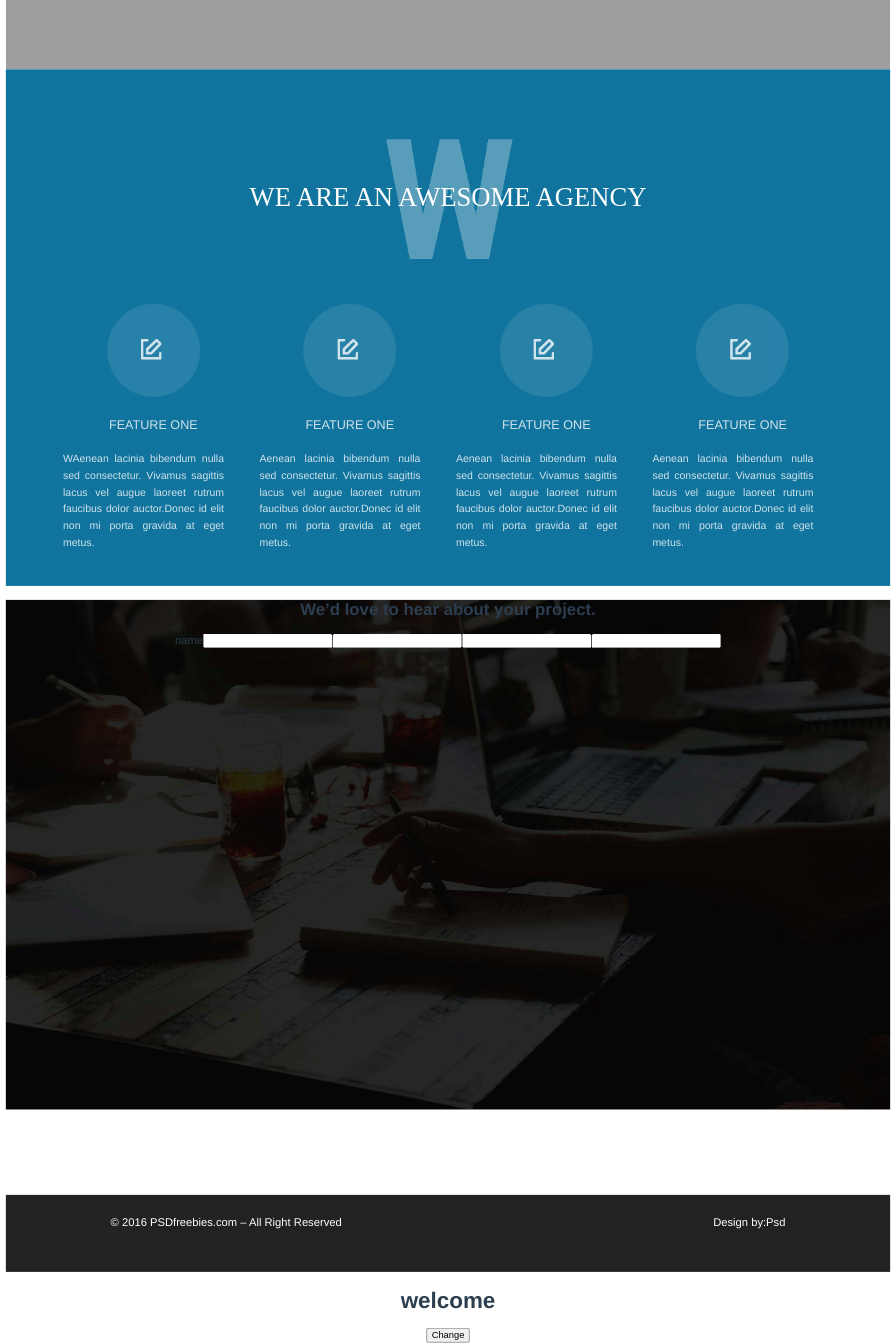
Repository: joker506/Creatives
Page: /
The author's editor kept a copy of each file at every save. The page is drawn from the files as they stood at one save, then again after the next save.
The browser window is 1280 px wide. The pictures show the part of the page from y = 740 to 2660 px (the page is 2716 px tall), at 70% of full size.
Pictures or frames that could not be fetched are drawn as grey boxes. The project was rebuilt for these pictures with package versions that can differ from the ones it lists, and the page was loaded fresh each time.

Above is the page before, as saved 2020-04-11 21:38:32.

After the next save:
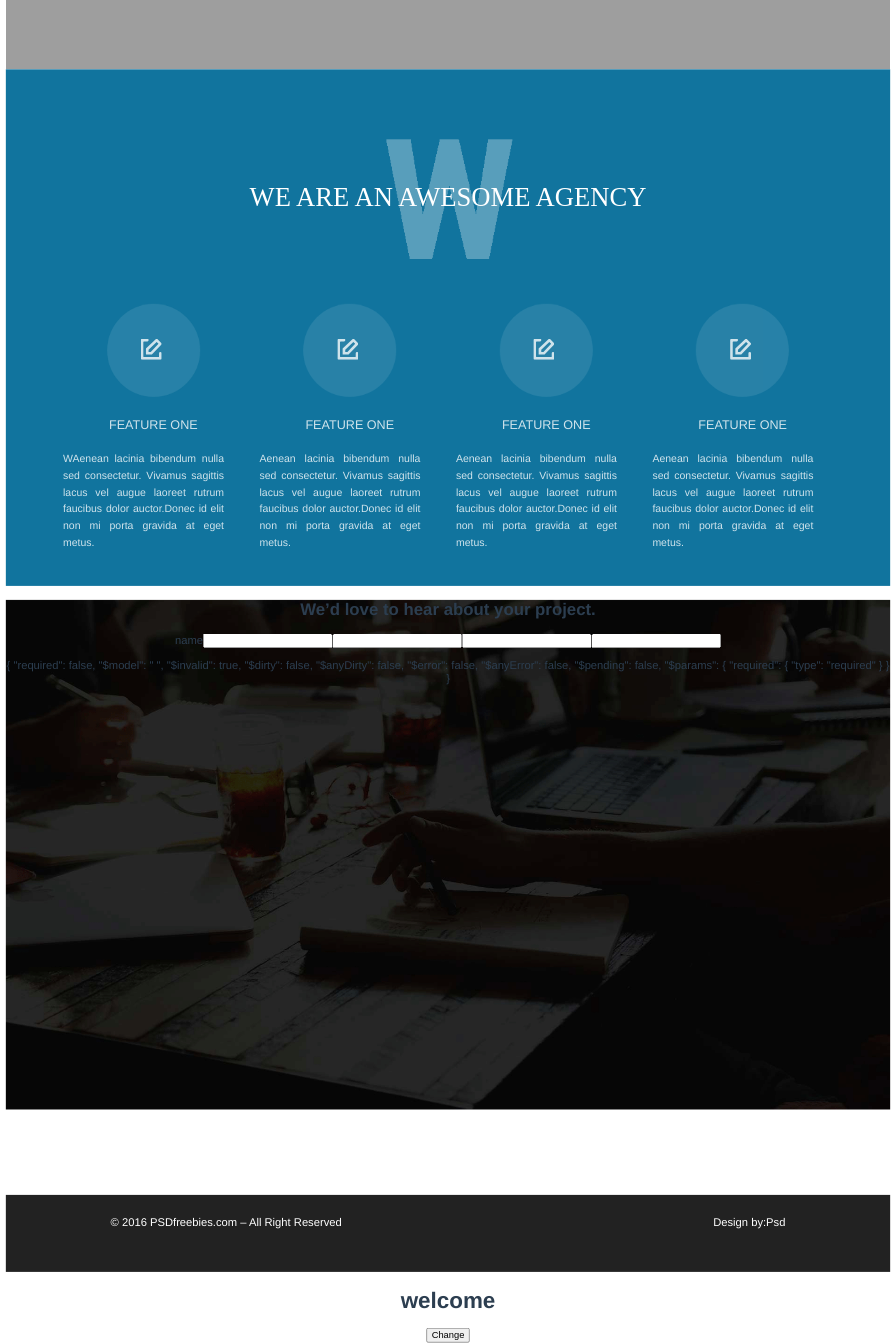
Saved 2 min 45 s later.
--- a/src/components/FormApp.vue
+++ b/src/components/FormApp.vue
@@ -29,7 +29,9 @@ data(){
     }
 },
 validations:{
+    name:{
     required
+    }
 }
 
 }
